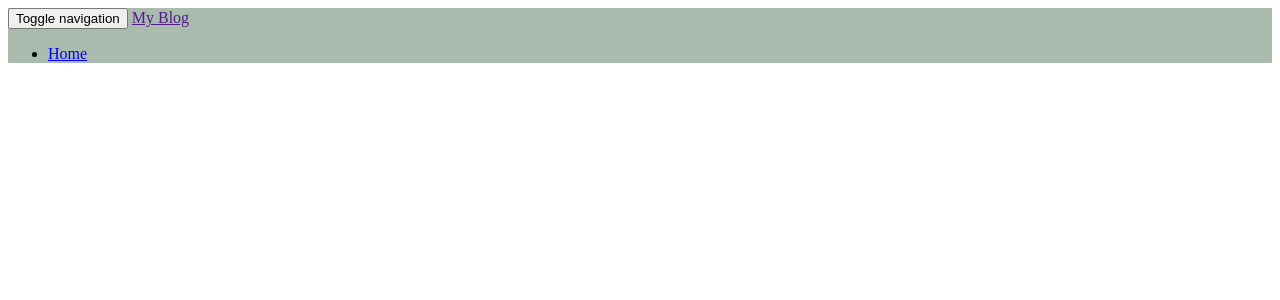
Repository: AnnieFisher/blog
Page: BlogMVC/WebContent/nav.html
The author's editor kept a copy of each file at every save. The page is drawn from the files as they stood at one save, then again after the next save.
The browser window is 1280 px wide. The pictures show the whole page.

Above is the page before, as saved 2016-12-19 07:16:36.

### BlogMVC/WebContent/nav.html
<div ng-controller="postsController">
	<div class="container">
      <!-- Static navbar -->
      <nav class="navbar navbar-fixed-top" style="background-color: #a8bbae;">
        <div class="container-fluid">
          <div class="navbar-header">
            <button type="button" class="navbar-toggle collapsed" data-toggle="collapse" data-target="#navbar" aria-expanded="false" aria-controls="navbar">
              <span class="sr-only">Toggle navigation</span>
              <span class="icon-bar"></span>
              <span class="icon-bar"></span>
              <span class="icon-bar"></span>
            </button>
            <a class="navbar-brand" href="">My Blog</a>
          </div>
          <div id="navbar" class="navbar-collapse collapse">
            <ul class="nav navbar-nav">
              <li class="active"><a href="#/posts">Home</a></li>
            </ul>
            <!-- <ul class="nav navbar-nav navbar-right">
            <li ng-click="logOut()"><a href="">Logout</a></li>
            </ul> -->
          </div><!--/.nav-collapse -->
        </div><!--/.container-fluid -->
      </nav>
      </div>
 </div>

After the next save:
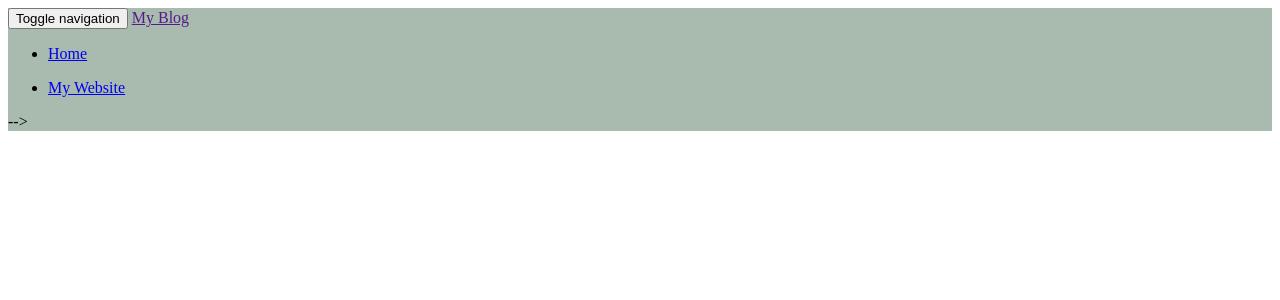
Saved 7 min 17 s later.
--- a/BlogMVC/WebContent/nav.html
+++ b/BlogMVC/WebContent/nav.html
@@ -16,8 +16,8 @@
             <ul class="nav navbar-nav">
               <li class="active"><a href="#/posts">Home</a></li>
             </ul>
-            <!-- <ul class="nav navbar-nav navbar-right">
-            <li ng-click="logOut()"><a href="">Logout</a></li>
+            <ul class="nav navbar-nav navbar-right">
+            <li><a href="annielynnfisher.com">My Website</a></li>
             </ul> -->
           </div><!--/.nav-collapse -->
         </div><!--/.container-fluid -->
